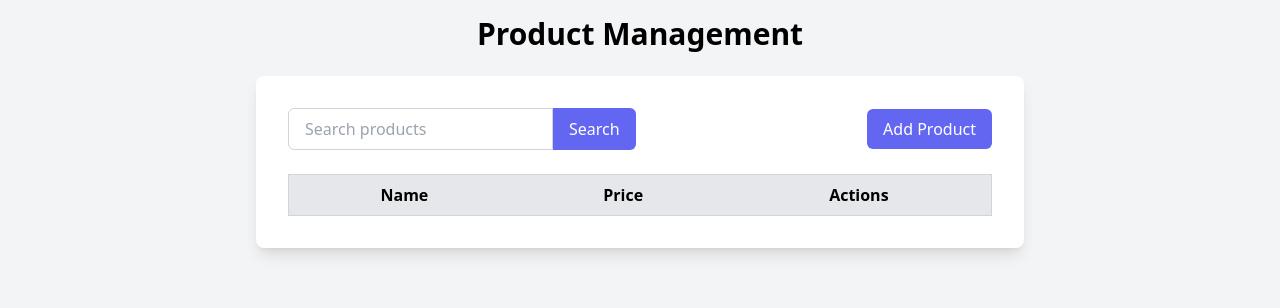
Repository: shaafsalman/product-Management-MERN
Page: /home (app in frontend/)
An editor plug-in stored every save of this project. The page is shown before and after the next save, followed by the edit.
The browser window is 1280 px wide. The pictures show the whole page.
The page's requests for data from a server got no answer. The project was rebuilt for these pictures with package versions that can differ from the ones it lists, and the page was loaded fresh each time. No one was signed in, and anything a server would have sent is missing. Also part of the build but not shown: frontend/vite.config.js, frontend/src/Cards/messageCard.jsx, frontend/src/Pages/Login.jsx, frontend/src/Pages/SighnUp.jsx, frontend/src/Pages/NoPage.jsx, frontend/src/Pages/AddProduct.jsx.

Above is the page before, as saved 2024-05-15 07:40:33.

### frontend/src/App.jsx
import React from 'react';
import { BrowserRouter as Router, Routes, Route, Navigate } from 'react-router-dom';
import Login from "./Pages/Login"
import Signup from "./Pages/SighnUp"
import NoPage from './Pages/NoPage';
import Home from './Pages/Home';

const App = () => {
  return (
    <div className="App">
      <Router>
        <div>
          <Routes>
            <Route path="/" element={<Login/>} />
            <Route path="/login" element={<Login />} />
            <Route path="/login" element={<Login />} />
            <Route path="/signup" element={<Signup />} />
            <Route path="/register" element={<Signup />} />
            <Route path="/home" element={<Home />} />
            <Route path="/*" element={<NoPage />} />
          </Routes>
        </div>
      </Router>
    </div>
  );
};


export default App;

### frontend/src/index.css
@tailwind base;
@tailwind components;
@tailwind utilities;


*
{
  margin: 0;
  padding: 0;
  box-sizing: border-box;
}

body,html
{
  background-color:silver
}

### frontend/src/Pages/Home.jsx
import React, { useState, useEffect } from 'react';
import AddProduct from './AddProduct';
import axios from 'axios';
import MessageCard from './../Cards/messageCard'

const Home = () => {
  const [products, setProducts] = useState([]);
  const [searchTerm, setSearchTerm] = useState('');
  const [searchResults, setSearchResults] = useState([]);
  const [showAddProduct, setShowAddProduct] = useState(false);
  const [message, setMessage] = useState(null); // State for message

  useEffect(() => {
    fetchProducts();
  }, []);

  useEffect(() => {
    const timer = setTimeout(() => {
      setMessage(null);
    }, 4000);
    return () => clearTimeout(timer);
  }, [message]);

  const fetchProducts = async () => {
    try {
      const response = await axios.get('http://localhost:8080/api/products/');
      setProducts(response.data || []);
      setSearchResults(response.data || []);
      console.log('data from response: ', response.data);
      console.log('Search Results:', searchResults);
    } catch (error) {
      console.error('Error fetching products:', error);
    }
};

  const handleSearch = () => {
    const results = products.filter(product =>
      product.name.toLowerCase().includes(searchTerm.toLowerCase())
    );
    setSearchResults(results);
  };

  const showAdd = () => {
    setShowAddProduct(true);
  };

  const toggleAddProduct = () => {
    setShowAddProduct(!showAddProduct);
  };

  const handleUpdateProduct = async (productId, updatedProduct) => {
    try {
      const response = await axios.put(`http://localhost:8080/api/products/${productId}`, updatedProduct);
      const updatedProducts = products.map(product =>
        product._id === productId ? response.data : product
      );
      setProducts(updatedProducts);
      setSearchResults(updatedProducts);
      setMessage({ Heading: 'Success', Message: 'Product updated successfully!' }); // Set success message
    } catch (error) {
      console.error('Error updating product:', error);
      setMessage({ Heading: 'Error', Message: 'Failed to update product' }); // Set error message
    }
  };

  const handleDeleteProduct = async (productId) => {
    try {
      await axios.delete(`http://localhost:8080/api/products/${productId}`);
      const updatedProducts = products.filter(product => product._id !== productId);
      setProducts(updatedProducts);
      setSearchResults(updatedProducts);
      setMessage({ Heading: 'Success', Message: 'Product deleted successfully!' }); // Set success message
    } catch (error) {
      console.error('Error deleting product:', error);
      setMessage({ Heading: 'Error', Message: 'Failed to delete product' }); // Set error message
    }
  };

  return (
    <div className="flex flex-col items-center min-h-screen bg-gray-100 p-4">
      <h1 className="text-3xl font-semibold mb-6">Product Management</h1>
      {message && (
        <MessageCard Heading={message.Heading} Message={message.Message} onClose={() => setMessage(null)} />
      )}
      <div className="w-full max-w-screen-md bg-white shadow-lg rounded-lg p-8">
        <div className="flex items-center justify-between mb-6">
          <div className="flex">
            <input
              type="text"
              placeholder="Search products"
              value={searchTerm}
              onChange={(e) => setSearchTerm(e.target.value)}
              className="px-4 py-2 border border-gray-300 rounded-l-md focus:outline-none focus:border-indigo-500"
            />
            <button
              onClick={handleSearch}
              className="px-4 py-2 bg-indigo-500 text-white rounded-r-md hover:bg-indigo-600 focus:outline-none focus:bg-indigo-600"
            >
              Search
            </button>
          </div>
          <button
            onClick={showAdd}
            className="px-4 py-2 bg-indigo-500 text-white rounded-md hover:bg-indigo-600 focus:outline-none focus:bg-indigo-600"
          >
            Add Product
          </button>
        </div>
        <table className="w-full border-collapse border border-gray-300">
          <thead>
            <tr className="bg-gray-200">
              <th className="px-4 py-2">Name</th>
              <th className="px-4 py-2">Price</th>
              <th className="px-4 py-2">Actions</th>
            </tr>
          </thead>
          <tbody>
  {searchResults.map((product, index) => (
    <tr key={index}>
      {/* <td className="px-4 py-2">{product._id}</td> */}
      <td className="px-4 py-2">{product.name}</td>
      <td className="px-4 py-2">{product.price}</td>
      <td className="px-4 py-2">
        <button
          onClick={() => handleUpdateProduct(product._id, { name: 'Updated Name', price: 0 })}
          className="bg-blue-500 text-white px-2 py-1 rounded-md mr-2 hover:bg-blue-600 focus:outline-none focus:bg-blue-600"
        >
          Update
        </button>
        <button
          onClick={() => handleDeleteProduct(product._id)}
          className="bg-indigo-500 text-white px-2 py-1 rounded-md hover:bg-indigo-600 focus:outline-none focus:bg-indigo-600"
        >
          Delete
        </button>
      </td>
    </tr>
  ))}
</tbody>




        </table>
      </div>
      {showAddProduct && (
        <div className="fixed top-0 left-0 w-full h-full bg-gray-900 bg-opacity-75 flex justify-center items-center">
          <AddProduct onClose={toggleAddProduct} setMessage={setMessage} /> // Pass setMessage to AddProduct
        </div>
      )}
    </div>
  );
};

export default Home;

Loaded but not shown: frontend/index.html (common file); frontend/src/main.jsx (common file); frontend/tailwind.config.js (common file)

After the next save:
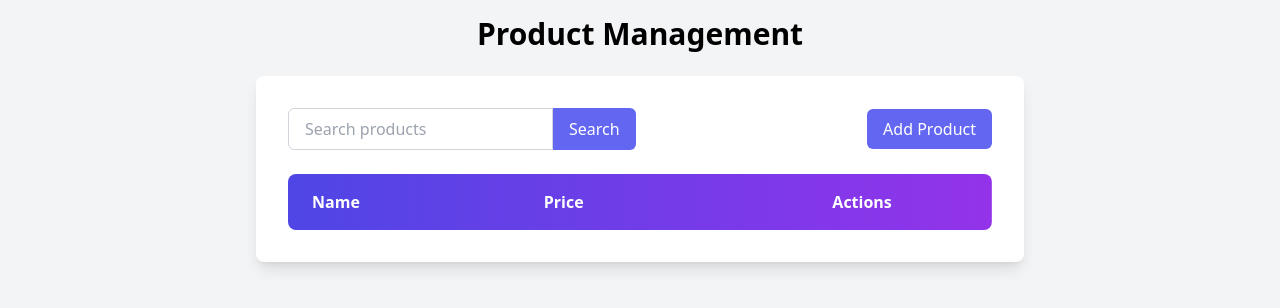
Saved 31 s later.
--- a/frontend/src/Pages/Home.jsx
+++ b/frontend/src/Pages/Home.jsx
@@ -106,42 +106,45 @@ const Home = () => {
             Add Product
           </button>
         </div>
-        <table className="w-full border-collapse border border-gray-300">
-          <thead>
-            <tr className="bg-gray-200">
-              <th className="px-4 py-2">Name</th>
-              <th className="px-4 py-2">Price</th>
-              <th className="px-4 py-2">Actions</th>
-            </tr>
-          </thead>
-          <tbody>
-  {searchResults.map((product, index) => (
-    <tr key={index}>
-      {/* <td className="px-4 py-2">{product._id}</td> */}
-      <td className="px-4 py-2">{product.name}</td>
-      <td className="px-4 py-2">{product.price}</td>
-      <td className="px-4 py-2">
-        <button
-          onClick={() => handleUpdateProduct(product._id, { name: 'Updated Name', price: 0 })}
-          className="bg-blue-500 text-white px-2 py-1 rounded-md mr-2 hover:bg-blue-600 focus:outline-none focus:bg-blue-600"
-        >
-          Update
-        </button>
-        <button
-          onClick={() => handleDeleteProduct(product._id)}
-          className="bg-indigo-500 text-white px-2 py-1 rounded-md hover:bg-indigo-600 focus:outline-none focus:bg-indigo-600"
-        >
-          Delete
-        </button>
-      </td>
+        <table className="w-full border-collapse rounded-lg overflow-hidden">
+  <thead>
+    <tr className="bg-gradient-to-r from-indigo-600 to-purple-600 text-white">
+      <th className="px-6 py-4 text-left">Name</th>
+      <th className="px-6 py-4 text-left">Price</th>
+      <th className="px-6 py-4 text-center">Actions</th>
     </tr>
-  ))}
-</tbody>
+  </thead>
+  <tbody>
+    {searchResults.map((product, index) => (
+      <tr key={index} className={(index % 2 === 0) ? "bg-white" : "bg-gray-50"}>
+        <td className="px-6 py-4 text-gray-800">{product.name}</td>
+        <td className="px-6 py-4 text-gray-800">{product.price}</td>
+        <td className="px-6 py-4 flex justify-center space-x-4">
+          <button
+            onClick={() => handleUpdateProduct(product._id, { name: 'Updated Name', price: 0 })}
+            className="px-4 py-2 bg-indigo-600 text-white rounded-md hover:bg-indigo-700 focus:outline-none focus:bg-indigo-700 transition duration-300"
+          >
+            Update
+          </button>
+          <button
+            onClick={() => handleDeleteProduct(product._id)}
+            className="px-4 py-2 bg-red-600 text-white rounded-md hover:bg-red-700 focus:outline-none focus:bg-red-700 transition duration-300"
+          >
+            Delete
+          </button>
+        </td>
+      </tr>
+    ))}
+  </tbody>
+</table>
 
 
 
 
-        </table>
+
+
+
+
       </div>
       {showAddProduct && (
         <div className="fixed top-0 left-0 w-full h-full bg-gray-900 bg-opacity-75 flex justify-center items-center">
